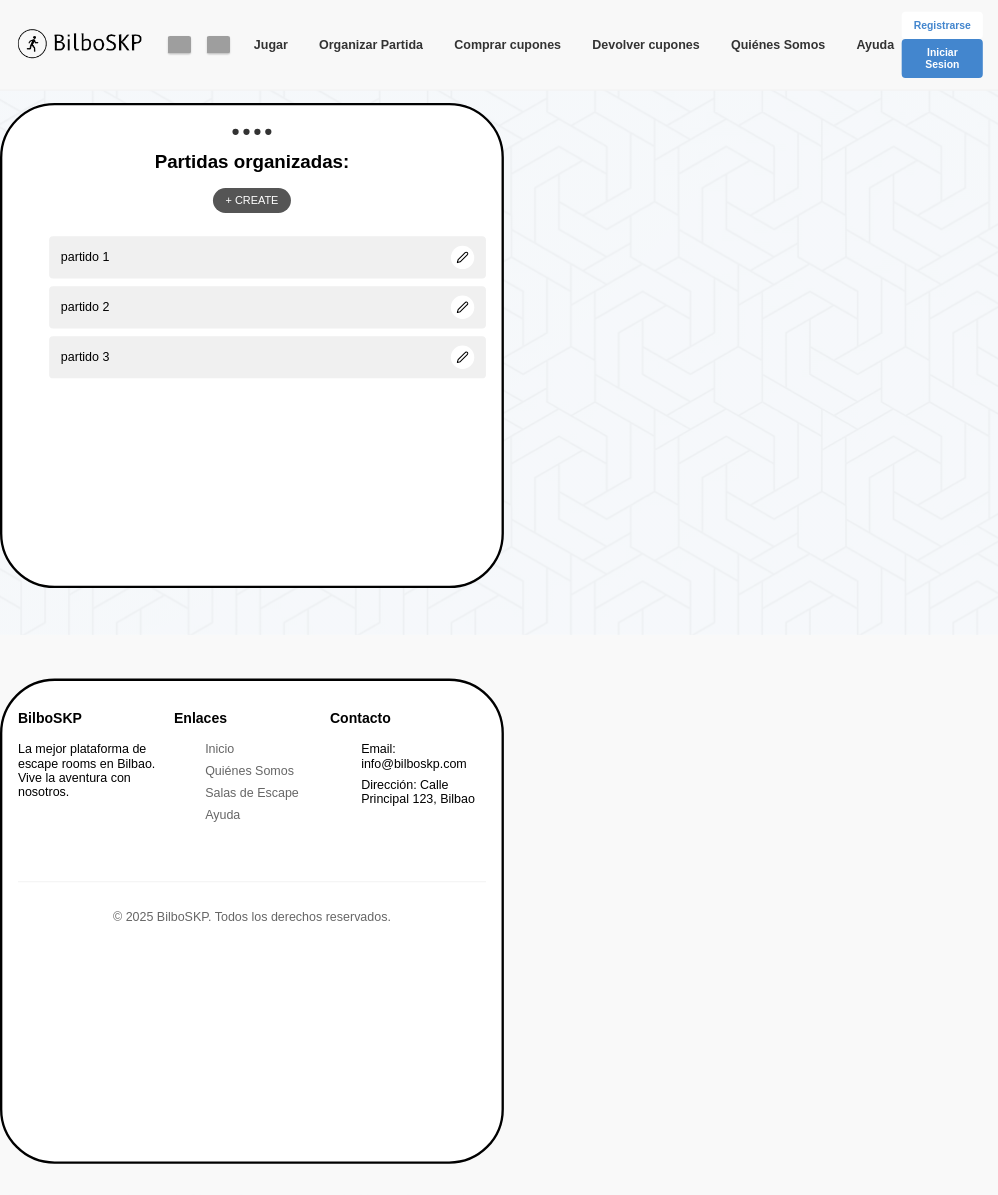
Repository: Andrew1447/Reto3-main
Page: http://localhost/bilboSKP/OrganizarPartida.jsp
The author's editor kept a copy of each file at every save. The page is drawn from the files as they stood at one save, then again after the next save.
The browser window is 1280 px wide. The pictures show the whole page, at 78% of full size.
Pictures or frames that could not be fetched are drawn as grey boxes. Backgrounds fixed to the window are drawn as part of the page. The page is served by Tomcat 9. The template is opened directly, without the code that normally fills it, so the values that code supplies are empty.

Above is the page before, as saved 2025-04-27 15:05:19.

After the next save:
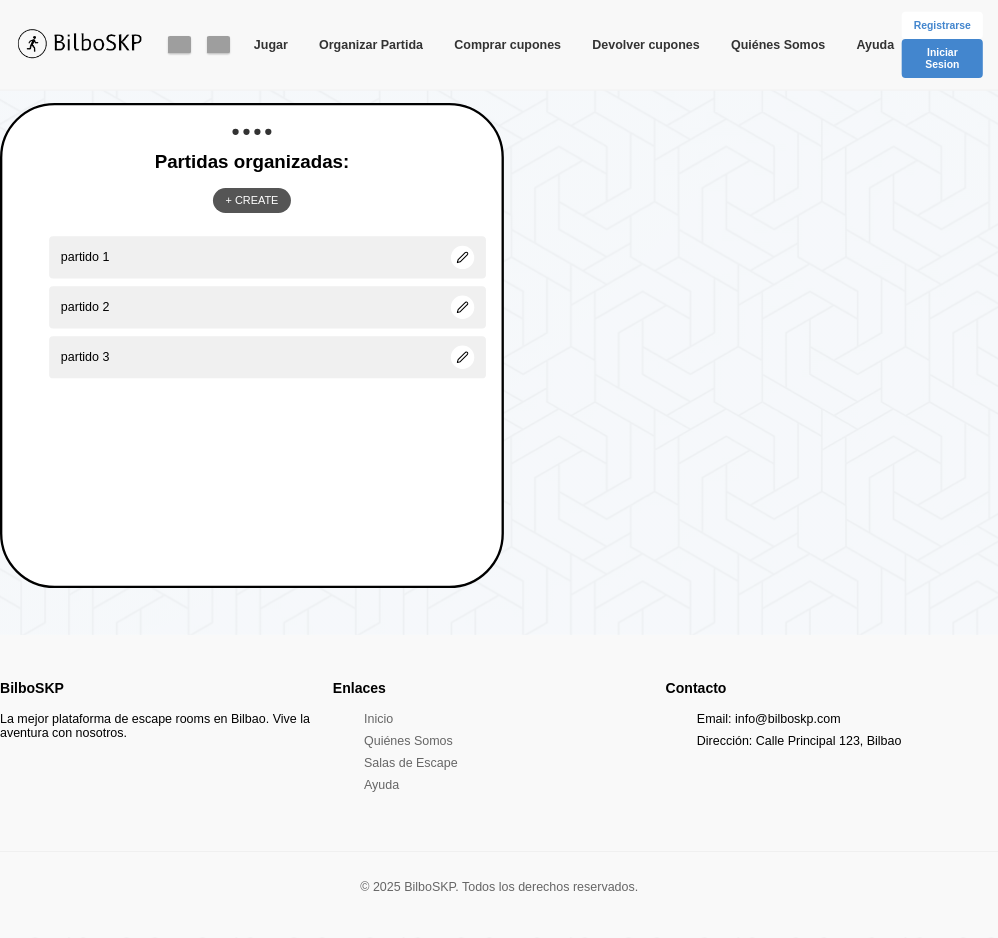
Saved 113 s later.
--- a/bilboSKP/src/main/webapp/OrganizarPartida.jsp
+++ b/bilboSKP/src/main/webapp/OrganizarPartida.jsp
@@ -73,7 +73,7 @@
 </div>
     </header>
 
-    <div class="container">
+    <div class="containerO">
         <div class="dots">
             <div class="dot"></div>
             <div class="dot"></div>
--- a/bilboSKP/src/main/webapp/styles/OrganizarPartida.css
+++ b/bilboSKP/src/main/webapp/styles/OrganizarPartida.css
@@ -1,4 +1,4 @@
-.container {
+.containerO {
     margin-top: 1rem;
     max-width: 600px;
     background-color: rgb(255, 255, 255);
